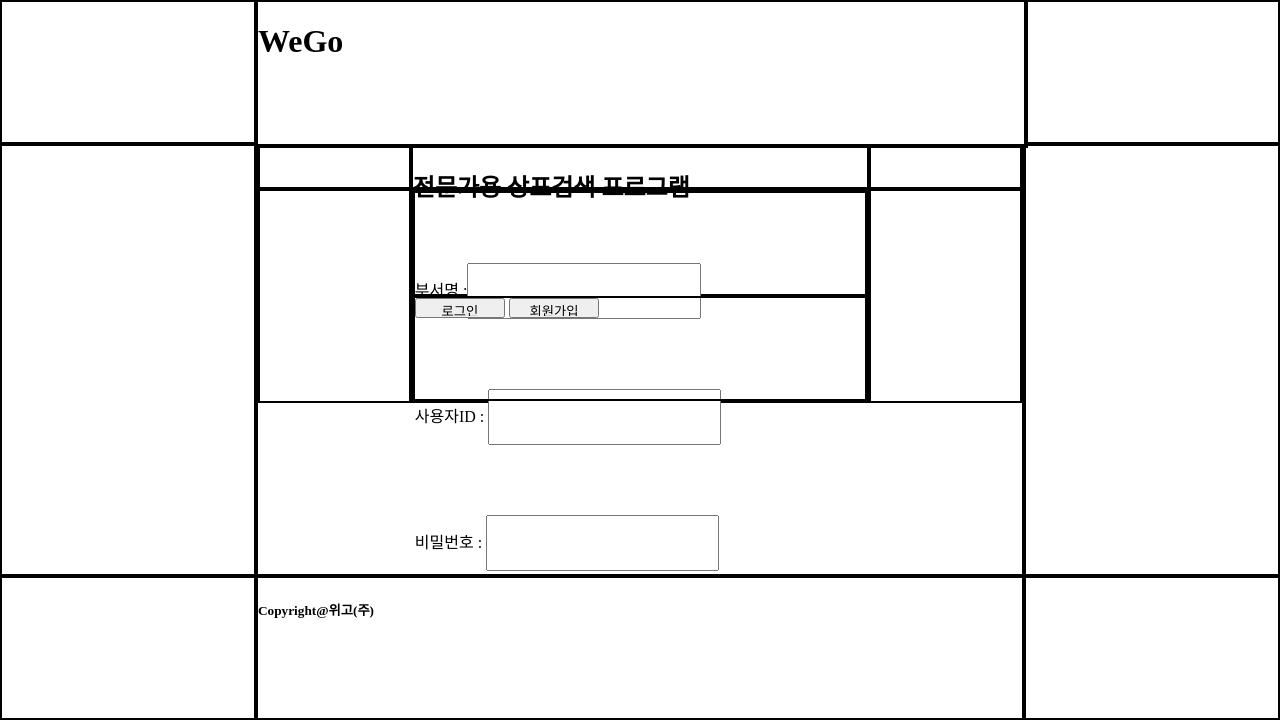
Repository: hamuse/wego1
Page: http://localhost/teamW1/facade.do
An editor plug-in stored every save of this project. The page is shown before and after the next save, followed by the edit.
The browser window is 1280 px wide. The pictures show the whole page.
Some web libraries are served in a nearby version. The page is served by Tomcat 9.

Above is the page before, as saved 2019-10-07 11:10:54.

After the next save:
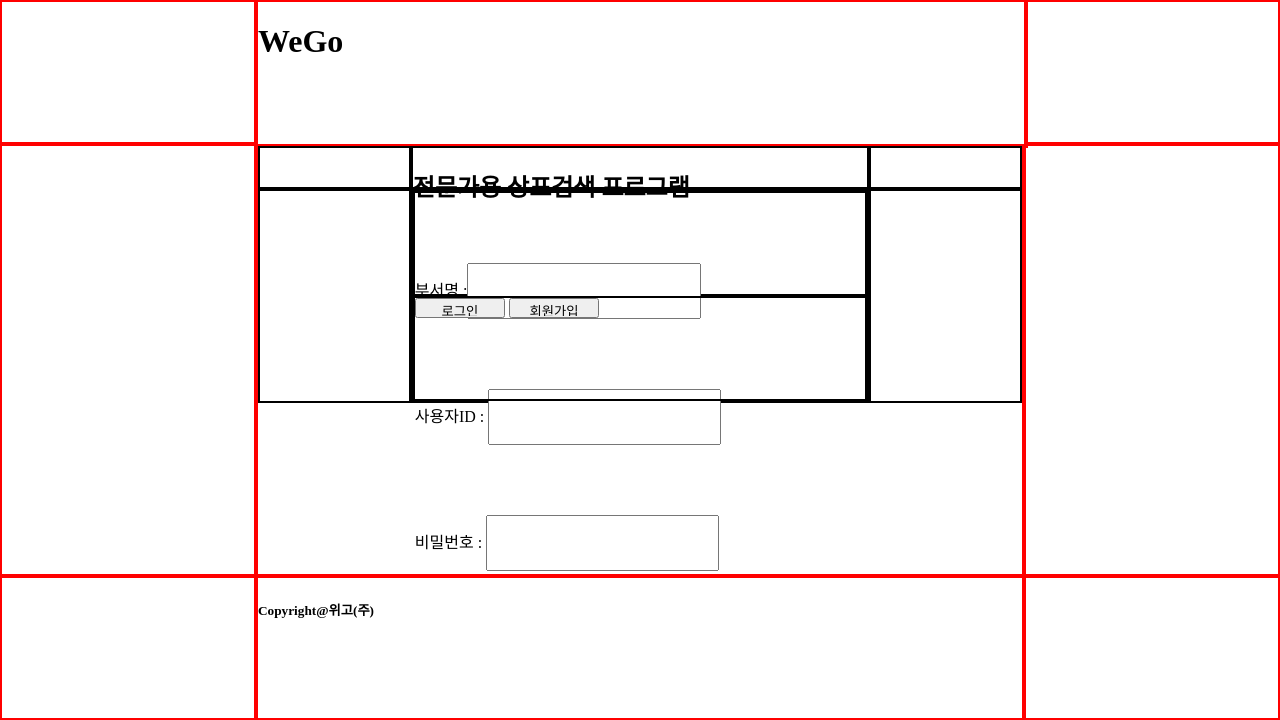
Saved 5 s later.
--- a/teamW1/WebContent/resources/css/style.css
+++ b/teamW1/WebContent/resources/css/style.css
@@ -12,7 +12,7 @@ html, body{
 	grid-template-rows: 20% 60% 20%;
 }
 .wrapper div{
-	border: 2px solid black;
+	border: 2px solid red;
 }
 .container{
 	display: grid;
